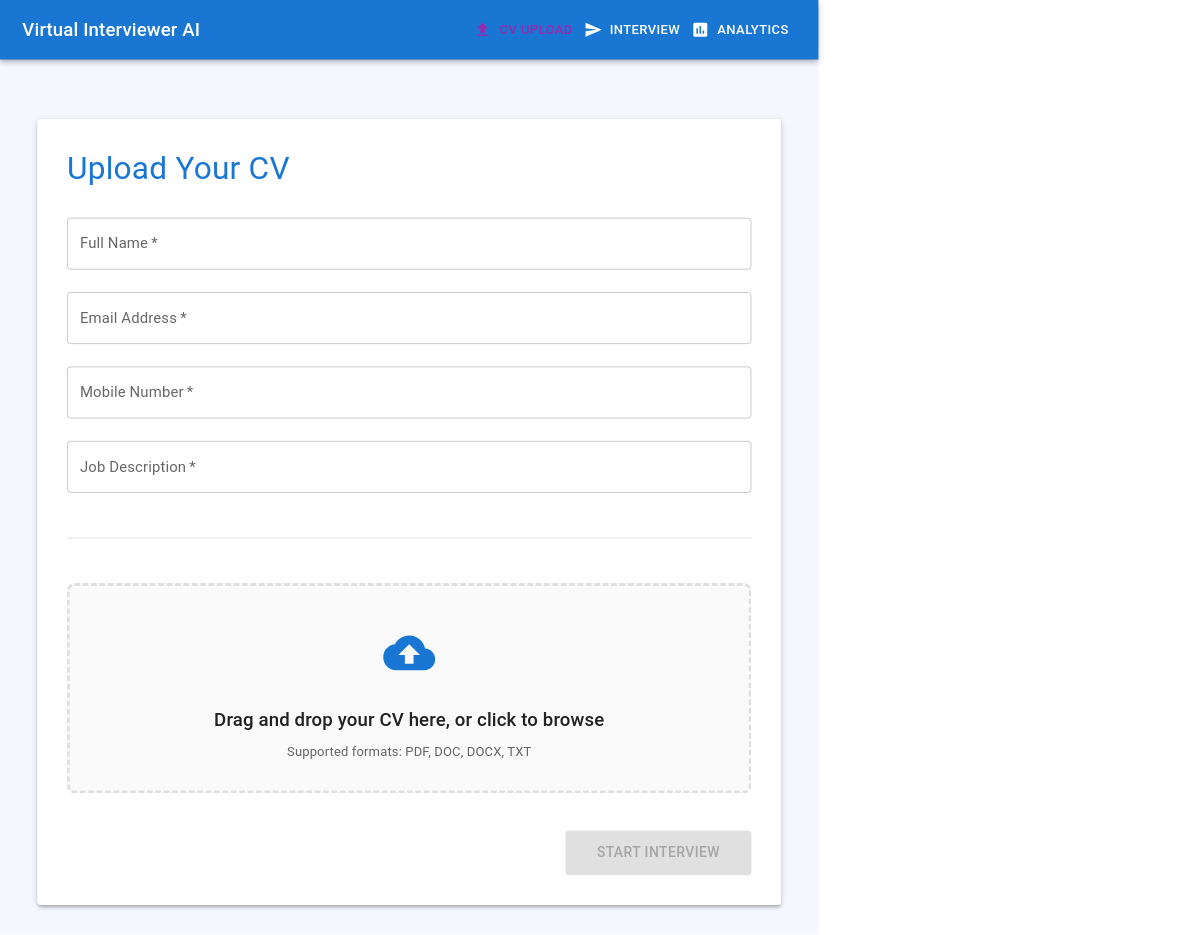
Repository: akshaymehare00/hackathonConAi
Page: /
The author's editor kept a copy of each file at every save. The page is drawn from the files as they stood at one save, then again after the next save.
The browser window is 1280 px wide. The pictures show the whole page, at 93% of full size.
The project was rebuilt for these pictures with package versions that can differ from the ones it lists, and the page was loaded fresh each time. Also part of the build but not shown: vite.config.js, src/Components/Interview.jsx.

Above is the page before, as saved 2025-01-18 06:21:02.

### index.html
<!doctype html>
<html lang="en">
  <head>
    <meta charset="UTF-8" />
    <link rel="icon" type="image/svg+xml" href="/horizon.png" />
    <meta name="viewport" content="width=device-width, initial-scale=1.0" />
    <title>Conversational Ai</title>
  </head>
  <body>
    <div id="root"></div>
    <script type="module" src="/src/main.jsx"></script>
  </body>
</html>

### src/App.jsx
import { useState } from 'react';
import { AppBar, Toolbar, Typography, Button, Container, Box } from '@mui/material';
import { Upload, Send, Assessment } from '@mui/icons-material';
import Interview from './Components/Interview';
import Analytics from './Components/Analytics';
import EnhancedCVUpload from './Components/CVUpload';

function App() {
  const [step, setStep] = useState('upload');
  const [cvData, setCvData] = useState('');

  return (
    <Box sx={{ minHeight: '100vh', bgcolor: '#f5f7ff' }}>
      <AppBar position="static">
        <Toolbar>
          <Typography variant="h6" component="div" sx={{ flexGrow: 1 }}>
            Virtual Interviewer AI
          </Typography>
          <Button
            color={step === 'upload' ? 'secondary' : 'inherit'}
            startIcon={<Upload />}
            onClick={() => setStep('upload')}
          >
            CV Upload
          </Button>
          <Button
            color={step === 'interview' ? 'secondary' : 'inherit'}
            startIcon={<Send />}
            onClick={() => setStep('interview')}
          >
            Interview
          </Button>
          <Button
            color={step === 'analytics' ? 'secondary' : 'inherit'}
            startIcon={<Assessment />}
            onClick={() => setStep('analytics')}
          >
            Analytics
          </Button>
        </Toolbar>
      </AppBar>

      <Container sx={{ py: 4 }}>
        {step === 'upload' && <EnhancedCVUpload onUpload={setCvData} onComplete={() => setStep('interview')} />}
        {step === 'interview' && <Interview cvData={cvData} onComplete={() => setStep('analytics')} />}
        {step === 'analytics' && <Analytics />}
      </Container>
    </Box>
  );
}

export default App;

### src/Components/Analytics.jsx
import {
    Paper,
    Typography,
    Box,
    Grid,
    LinearProgress,
    List,
    ListItem,
    ListItemIcon,
    ListItemText,
    Card,
    CardContent,
    Avatar,
    Divider,
    Rating,
    Chip
  } from '@mui/material';
  import {
    BarChart as BarChartIcon,
    TrendingUp,
    ThumbUp,
    Person,
    Email,
    Phone,
    Description,
    Star,
    Psychology,
    GroupWork,
    Code,
    Speed,
    Lightbulb
  } from '@mui/icons-material';
  import {
    BarChart,
    Bar,
    XAxis,
    YAxis,
    CartesianGrid,
    Tooltip,
    ResponsiveContainer,
    RadarChart,
    PolarGrid,
    PolarAngleAxis,
    PolarRadiusAxis,
    Radar,
    Legend
  } from 'recharts';

  const performanceData = [
    { name: 'Technical', value: 85 },
    { name: 'Communication', value: 92 },
    { name: 'Problem Solving', value: 78 },
    { name: 'Leadership', value: 65 },
    { name: 'Teamwork', value: 88 }
  ];

  const skillsData = [
    { subject: 'React', A: 85 },
    { subject: 'Node.js', A: 75 },
    { subject: 'TypeScript', A: 90 },
    { subject: 'Database', A: 70 },
    { subject: 'Testing', A: 80 },
    { subject: 'DevOps', A: 65 }
  ];

  const strengths = [
    {
      title: 'Technical Expertise',
      description: 'Strong foundation in modern web technologies',
      icon: <Code color="primary" />
    },
    {
      title: 'Problem Solving',
      description: 'Analytical approach to complex challenges',
      icon: <Psychology color="primary" />
    },
    {
      title: 'Team Collaboration',
      description: 'Effective communication and teamwork',
      icon: <GroupWork color="primary" />
    }
  ];

  const recommendations = [
    {
      title: 'Enhance DevOps Knowledge',
      description: 'Focus on CI/CD pipelines and cloud platforms',
      icon: <Speed color="primary" />
    },
    {
      title: 'System Design Skills',
      description: 'Practice designing scalable architectures',
      icon: <Lightbulb color="primary" />
    }
  ];

  function Analytics({ candidateData }) {
    return (
      <Box sx={{ maxWidth: 1400, mx: 'auto' }}>
        <Box sx={{ mb: 4, textAlign: 'center' }}>
          <Typography
            variant="h4"
            sx={{
              fontWeight: 600,
              mb: 1
            }}
          >
            Interview Analysis
          </Typography>
          <Typography variant="body1" color="text.secondary">
            Comprehensive evaluation of candidate performance and potential
          </Typography>
        </Box>

        <Grid container spacing={3}>
          {/* Candidate Profile */}
          <Grid item xs={12} md={4}>
            <Card elevation={3}>
              <CardContent sx={{ p: 3 }}>
                <Box sx={{ textAlign: 'center', mb: 3 }}>
                  <Avatar
                    sx={{
                      width: 100,
                      height: 100,
                      mx: 'auto',
                      mb: 2,
                      bgcolor: 'primary.main'
                    }}
                  >
                    <Person sx={{ fontSize: 60 }} />
                  </Avatar>
                  <Typography variant="h5" sx={{ fontWeight: 600 }}>
                    {candidateData.fullName || 'John Doe'}
                  </Typography>
                  <Typography variant="body1" color="text.secondary" sx={{ mb: 2 }}>
                    Senior Software Developer
                  </Typography>
                  <Rating
                    value={4.5}
                    readOnly
                    precision={0.5}
                    icon={<Star fontSize="inherit" />}
                  />
                </Box>

                <Divider sx={{ my: 2 }} />

                <List>
                  <ListItem>
                    <ListItemIcon>
                      <Email color="primary" />
                    </ListItemIcon>
                    <ListItemText
                      primary="Email"
                      secondary={candidateData.email || 'john.doe@example.com'}
                    />
                  </ListItem>
                  <ListItem>
                    <ListItemIcon>
                      <Phone color="primary" />
                    </ListItemIcon>
                    <ListItemText
                      primary="Phone"
                      secondary={candidateData.phone || '+1 234 567 890'}
                    />
                  </ListItem>
                  <ListItem>
                    <ListItemIcon>
                      <Description color="primary" />
                    </ListItemIcon>
                    <ListItemText
                      primary="Experience"
                      secondary="5+ years"
                    />
                  </ListItem>
                </List>

                <Box sx={{ mt: 2 }}>
                  <Typography variant="subtitle1" sx={{ mb: 1, fontWeight: 500 }}>
                    Key Skills
                  </Typography>
                  <Box sx={{ display: 'flex', flexWrap: 'wrap', gap: 1 }}>
                    {['React', 'Node.js', 'TypeScript', 'AWS', 'Docker'].map((skill) => (
                      <Chip
                        key={skill}
                        label={skill}
                        color="primary"
                        variant="outlined"
                        size="small"
                      />
                    ))}
                  </Box>
                </Box>
              </CardContent>
            </Card>
          </Grid>

          {/* Performance Metrics */}
          <Grid item xs={12} md={8}>
            <Card elevation={3}>
              <CardContent sx={{ p: 3 }}>
                <Typography variant="h6" sx={{ mb: 3, fontWeight: 600 }}>
                  Performance Overview
                </Typography>
                <Box sx={{ height: 300, mb: 4 }}>
                  <ResponsiveContainer width="100%" height="100%">
                    <BarChart data={performanceData}>
                      <CartesianGrid strokeDasharray="3 3" />
                      <XAxis dataKey="name" />
                      <YAxis />
                      <Tooltip />
                      <Bar dataKey="value" fill="#1976d2" radius={[4, 4, 0, 0]} />
                    </BarChart>
                  </ResponsiveContainer>
                </Box>

                <Typography variant="h6" sx={{ mb: 3, fontWeight: 600 }}>
                  Technical Skills Assessment
                </Typography>
                <Box sx={{ height: 300 }}>
                  <ResponsiveContainer width="100%" height="100%">
                    <RadarChart data={skillsData}>
                      <PolarGrid />
                      <PolarAngleAxis dataKey="subject" />
                      <PolarRadiusAxis angle={30} domain={[0, 100]} />
                      <Radar name="Skills" dataKey="A" stroke="#1976d2" fill="#1976d2" fillOpacity={0.6} />
                      <Legend />
                    </RadarChart>
                  </ResponsiveContainer>
                </Box>
              </CardContent>
            </Card>
          </Grid>

          {/* Strengths */}
          <Grid item xs={12} md={6}>
            <Card elevation={3}>
              <CardContent sx={{ p: 3 }}>
                <Typography variant="h6" sx={{ mb: 3, fontWeight: 600 }}>
                  Key Strengths
                </Typography>
                <Grid container spacing={2}>
                  {strengths.map((strength, index) => (
                    <Grid item xs={12} key={index}>
                      <Paper
                        elevation={0}
                        sx={{
                          p: 2,
                          bgcolor: 'primary.50',
                          display: 'flex',
                          alignItems: 'flex-start',
                          gap: 2
                        }}
                      >
                        {strength.icon}
                        <Box>
                          <Typography variant="subtitle1" sx={{ fontWeight: 500 }}>
                            {strength.title}
                          </Typography>
                          <Typography variant="body2" color="text.secondary">
                            {strength.description}
                          </Typography>
                        </Box>
                      </Paper>
                    </Grid>
                  ))}
                </Grid>
              </CardContent>
            </Card>
          </Grid>

          {/* Recommendations */}
          <Grid item xs={12} md={6}>
            <Card elevation={3}>
              <CardContent sx={{ p: 3 }}>
                <Typography variant="h6" sx={{ mb: 3, fontWeight: 600 }}>
                  Recommendations
                </Typography>
                <Grid container spacing={2}>
                  {recommendations.map((rec, index) => (
                    <Grid item xs={12} key={index}>
                      <Paper
                        elevation={0}
                        sx={{
                          p: 2,
                          bgcolor: 'error.50',
                          display: 'flex',
                          alignItems: 'flex-start',
                          gap: 2
                        }}
                      >
                        {rec.icon}
                        <Box>
                          <Typography variant="subtitle1" sx={{ fontWeight: 500 }}>
                            {rec.title}
                          </Typography>
                          <Typography variant="body2" color="text.secondary">
                            {rec.description}
                          </Typography>
                        </Box>
                      </Paper>
                    </Grid>
                  ))}
                </Grid>
              </CardContent>
            </Card>
          </Grid>

          {/* Detailed Assessment */}
          <Grid item xs={12}>
            <Card elevation={3}>
              <CardContent sx={{ p: 3 }}>
                <Typography variant="h6" sx={{ mb: 3, fontWeight: 600 }}>
                  Detailed Assessment
                </Typography>
                <Typography paragraph>
                  The candidate demonstrated exceptional technical proficiency, particularly in modern web development technologies.
                  Their problem-solving approach was methodical and efficient, showing strong analytical capabilities.
                </Typography>
                <Typography paragraph>
                  Communication skills were outstanding, with clear articulation of complex technical concepts and past experiences.
                  The candidate showed good understanding of system design principles and best practices.
                </Typography>
                <Box sx={{ mt: 3 }}>
                  <Typography variant="subtitle1" sx={{ fontWeight: 600, mb: 2 }}>
                    Interview Highlights
                  </Typography>
                  <List>
                    <ListItem>
                      <ListItemIcon>
                        <ThumbUp color="success" />
                      </ListItemIcon>
                      <ListItemText
                        primary="Strong technical background in full-stack development"
                        secondary="Demonstrated through detailed discussion of previous projects"
                      />
                    </ListItem>
                    <ListItem>
                      <ListItemIcon>
                        <ThumbUp color="success" />
                      </ListItemIcon>
                      <ListItemText
                        primary="Excellent problem-solving capabilities"
                        secondary="Showcased through technical challenge solutions"
                      />
                    </ListItem>
                    <ListItem>
                      <ListItemIcon>
                        <ThumbUp color="success" />
                      </ListItemIcon>
                      <ListItemText
                        primary="Good understanding of software architecture"
                        secondary="Demonstrated knowledge of scalable system design"
                      />
                    </ListItem>
                  </List>
                </Box>
              </CardContent>
            </Card>
          </Grid>
        </Grid>
      </Box>
    );
  }

  export default Analytics;

### src/Components/CVUpload.jsx
import React, { useState } from 'react';
import {
  Paper,
  Typography,
  Box,
  Button,
  IconButton,
  TextField,
  Stack,
  Divider,
  Alert,
  Grid
} from '@mui/material';
import { CloudUpload, Description } from '@mui/icons-material';

function EnhancedCVUpload({ onUpload, onComplete }) {
  const [isDragging, setIsDragging] = useState(false);
  const [file, setFile] = useState(null);
  const [formData, setFormData] = useState({
    fullName: '',
    email: '',
    mobile: '',
    jd:''
  });
  const [showSuccess, setShowSuccess] = useState(false);

  const handleDrop = (e) => {
    e.preventDefault();
    setIsDragging(false);
    const droppedFile = e.dataTransfer.files[0];
    if (droppedFile) {
      handleFile(droppedFile);
    }
  };

  const handleFile = async (file) => {
    setFile(file);
    // Read file content and pass it to parent component
    const text = await file.text();
    onUpload(text);
  };

  const handleInputChange = (e) => {
    setFormData({
      ...formData,
      [e.target.name]: e.target.value
    });
  };

  const handleSubmit = () => {
    // Log form data and file information
    console.log('Form Data:', {
      ...formData,
      fileName: file?.name,
      fileSize: file?.size,
      fileType: file?.type
    });

    setShowSuccess(true);

    // Use timeout to show success message before navigation
    setTimeout(() => {
      onComplete();
    }, 1500);
  };

  return (
    <Box sx={{ maxWidth: 800, mx: 'auto', mt: 4, px: 2 }}>
      <Paper elevation={3} sx={{ p: 4 }}>
        <Typography variant="h4" gutterBottom color="primary" sx={{ mb: 4 }}>
          Upload Your CV
        </Typography>

        <Grid container spacing={3}>
          <Grid item xs={12}>
            <Stack spacing={3}>
              <TextField
                fullWidth
                label="Full Name"
                name="fullName"
                value={formData.fullName}
                onChange={handleInputChange}
                variant="outlined"
                required
              />
              <TextField
                fullWidth
                label="Email Address"
                name="email"
                type="email"
                value={formData.email}
                onChange={handleInputChange}
                variant="outlined"
                required
              />
              <TextField
                fullWidth
                label="Mobile Number"
                name="mobile"
                value={formData.mobile}
                onChange={handleInputChange}
                variant="outlined"
                required
              />
              <TextField
                fullWidth
                label="Job Description"
                name="jd"
                value={formData.jd}
                onChange={handleInputChange}
                variant="outlined"
                required
              />
            </Stack>
          </Grid>

          <Grid item xs={12}>
            <Divider sx={{ my: 3 }} />
          </Grid>

          <Grid item xs={12}>
            <Box
              sx={{
                border: 3,
                borderRadius: 2,
                borderStyle: 'dashed',
                borderColor: isDragging ? 'primary.main' : 'grey.300',
                bgcolor: isDragging ? 'primary.50' : 'grey.50',
                p: 4,
                textAlign: 'center',
                transition: 'all 0.2s ease',
                cursor: 'pointer'
              }}
              onDragOver={(e) => {
                e.preventDefault();
                setIsDragging(true);
              }}
              onDragLeave={() => setIsDragging(false)}
              onDrop={handleDrop}
            >
              <IconButton
                size="large"
                color="primary"
                component="label"
                sx={{ mb: 2 }}
              >
                <input
                  hidden
                  type="file"
                  accept=".pdf,.doc,.docx,.txt"
                  onChange={(e) => {
                    const file = e.target.files?.[0];
                    if (file) handleFile(file);
                  }}
                />
                <CloudUpload sx={{ fontSize: 56 }} />
              </IconButton>
              <Typography variant="h6" sx={{ mb: 1 }}>
                Drag and drop your CV here, or click to browse
              </Typography>
              <Typography variant="body2" color="text.secondary">
                Supported formats: PDF, DOC, DOCX, TXT
              </Typography>
            </Box>
          </Grid>

          {file && (
            <Grid item xs={12}>
              <Paper
                variant="outlined"
                sx={{
                  p: 2,
                  bgcolor: 'primary.50',
                  display: 'flex',
                  alignItems: 'center',
                  gap: 2
                }}
              >
                <Description color="primary" />
                <Typography sx={{ flex: 1 }}>{file.name}</Typography>
              </Paper>
            </Grid>
          )}

          <Grid item xs={12}>
            <Box sx={{ display: 'flex', justifyContent: 'flex-end', mt: 2 }}>
              <Button
                variant="contained"
                size="large"
                onClick={handleSubmit}
                disabled={!file || !formData.fullName || !formData.email || !formData.mobile}
                sx={{
                  minWidth: 200,
                  height: 48
                }}
              >
                Start Interview
              </Button>
            </Box>
          </Grid>
        </Grid>

        {showSuccess && (
          <Alert
            severity="success"
            sx={{ mt: 2 }}
          >
            CV uploaded successfully! Starting interview...
          </Alert>
        )}
      </Paper>
    </Box>
  );
}

export default EnhancedCVUpload;

Loaded but not shown: src/main.jsx (common file); src/index.css (common file)

After the next save:
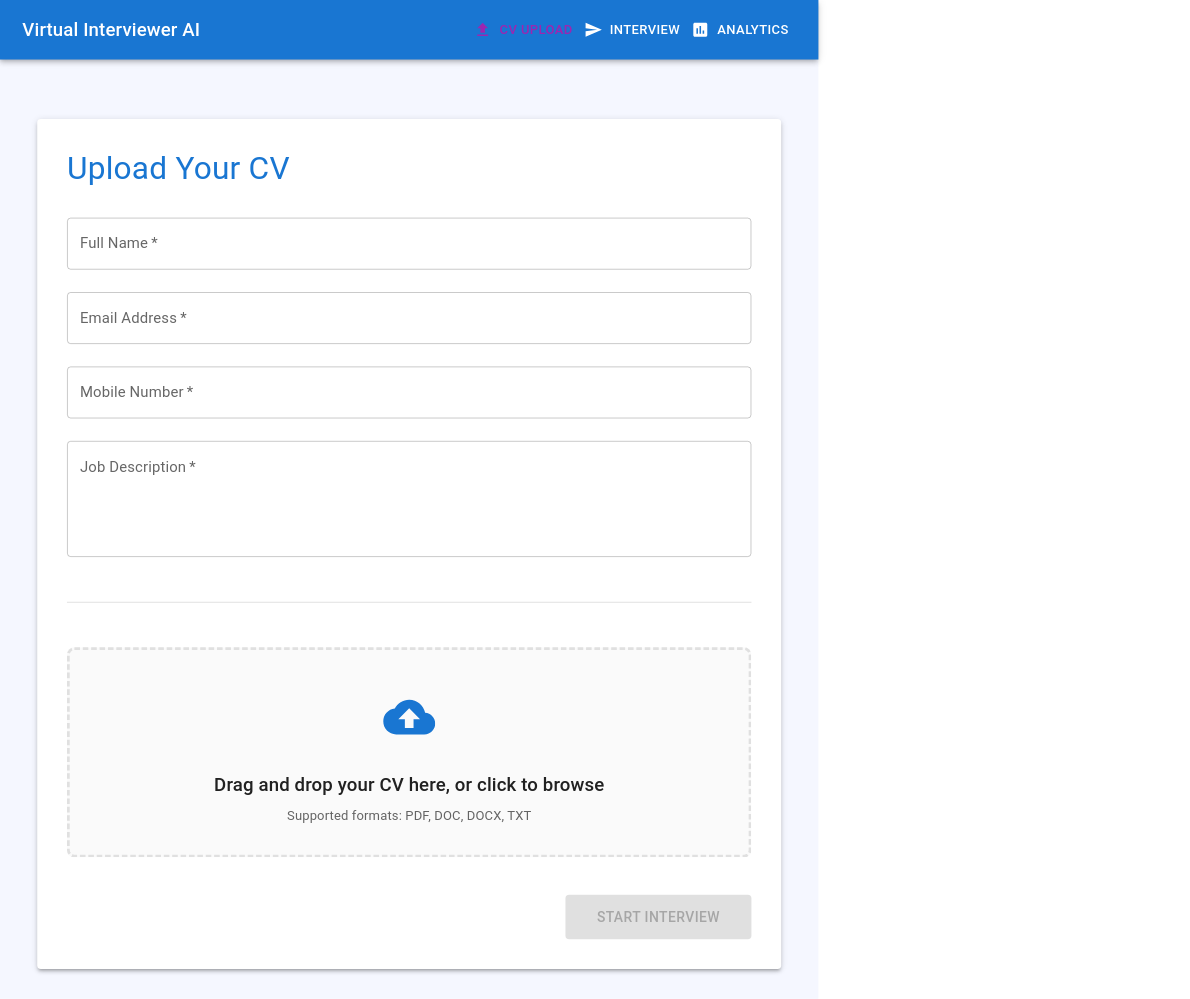
Saved 10 s later.
--- a/src/Components/CVUpload.jsx
+++ b/src/Components/CVUpload.jsx
@@ -106,6 +106,9 @@ function EnhancedCVUpload({ onUpload, onComplete }) {
                 fullWidth
                 label="Job Description"
                 name="jd"
+                multiline
+                rows={4}
+
                 value={formData.jd}
                 onChange={handleInputChange}
                 variant="outlined"
